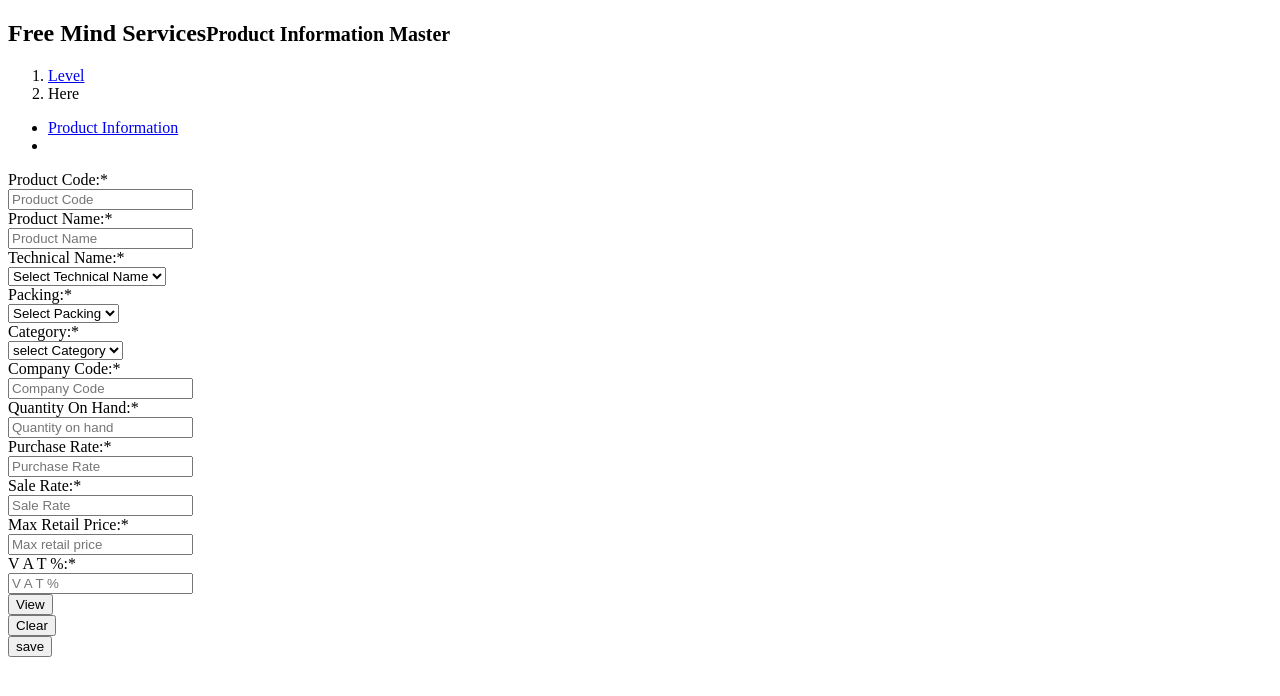
Repository: saiagro/saiagro
Page: http://localhost/AksharaWork/WEB-INF/views/technical.jsp
These files come from the project's save history. The page is drawn as it stood at one moment and after the next save; the edit follows.
The browser window is 1280 px wide. The pictures show the whole page.
The page is served by Tomcat 9. Nobody is signed in. The template is opened directly, without the code that normally fills it, so the values that code supplies are empty.

Above is the page before, as saved 2016-12-31 12:33:46.

After the next save:
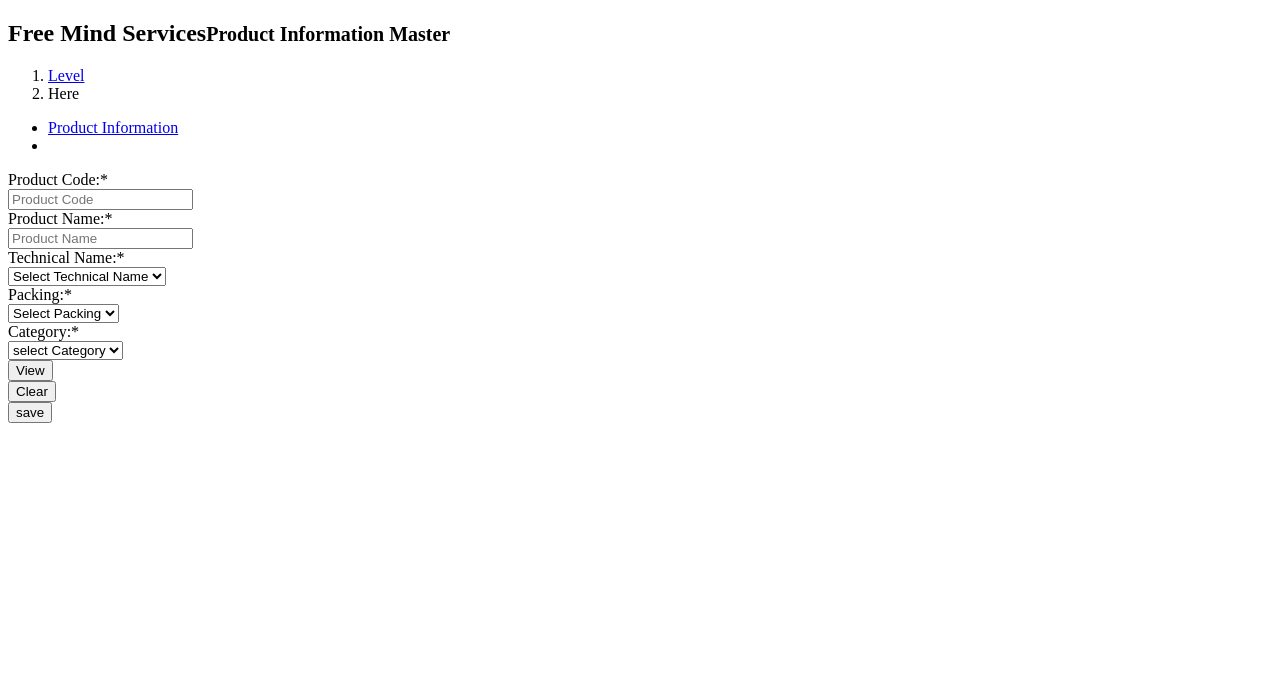
Saved 62 s later.
--- a/AksharaWork/WebContent/WEB-INF/views/technical.jsp
+++ b/AksharaWork/WebContent/WEB-INF/views/technical.jsp
@@ -81,36 +81,6 @@
                     </div>
                   </div>
                   <div class="form-group">
-                    <label class="col-sm-2 control-label">Company Code:<span class="required">*</span></label>
-                    <div class="col-sm-3">
-                      <form:input type="text" class="form-control" placeholder="Company Code" path="company_code"/>
-                    </div>
-                    <label class="col-sm-2 control-label">Quantity On Hand:<span class="required">*</span></label>
-                    <div class="col-sm-3">
-                      <form:input type="text" path="quantity_on_hand" class="form-control" placeholder="Quantity on hand"/>
-                    </div>
-                  </div>
-                  <div class="form-group">
-                    <label class="col-sm-2 control-label">Purchase Rate:<span class="required">*</span></label>
-                    <div class="col-sm-3">
-                      <form:input type="text" class="form-control" placeholder="Purchase Rate" path="purchase_rate"/>
-                    </div>
-                    <label class="col-sm-2 control-label">Sale Rate:<span class="required">*</span></label>
-                    <div class="col-sm-3">
-                      <form:input type="text" class="form-control" placeholder="Sale Rate" path="sale_rate"/>
-                    </div>
-                  </div>
-                  <div class="form-group">
-                    <label class="col-sm-2 control-label">Max Retail Price:<span class="required">*</span></label>
-                    <div class="col-sm-3">
-                      <form:input path="mrp" type="text" class="form-control" placeholder="Max retail price" />
-                    </div>
-                    <label class="col-sm-2 control-label">V A T %:<span class="required">*</span></label>
-                    <div class="col-sm-3">
-                      <form:input type="text" path="vat" class="form-control" placeholder="V A T %"/>
-                    </div>
-                  </div>
-                  <div class="form-group">
                     <div class="col-sm-5">
                       <button type="submit" formmethod="post" formaction="productList.html" class="btn btn-success pull-right">View</button>
                     </div>
